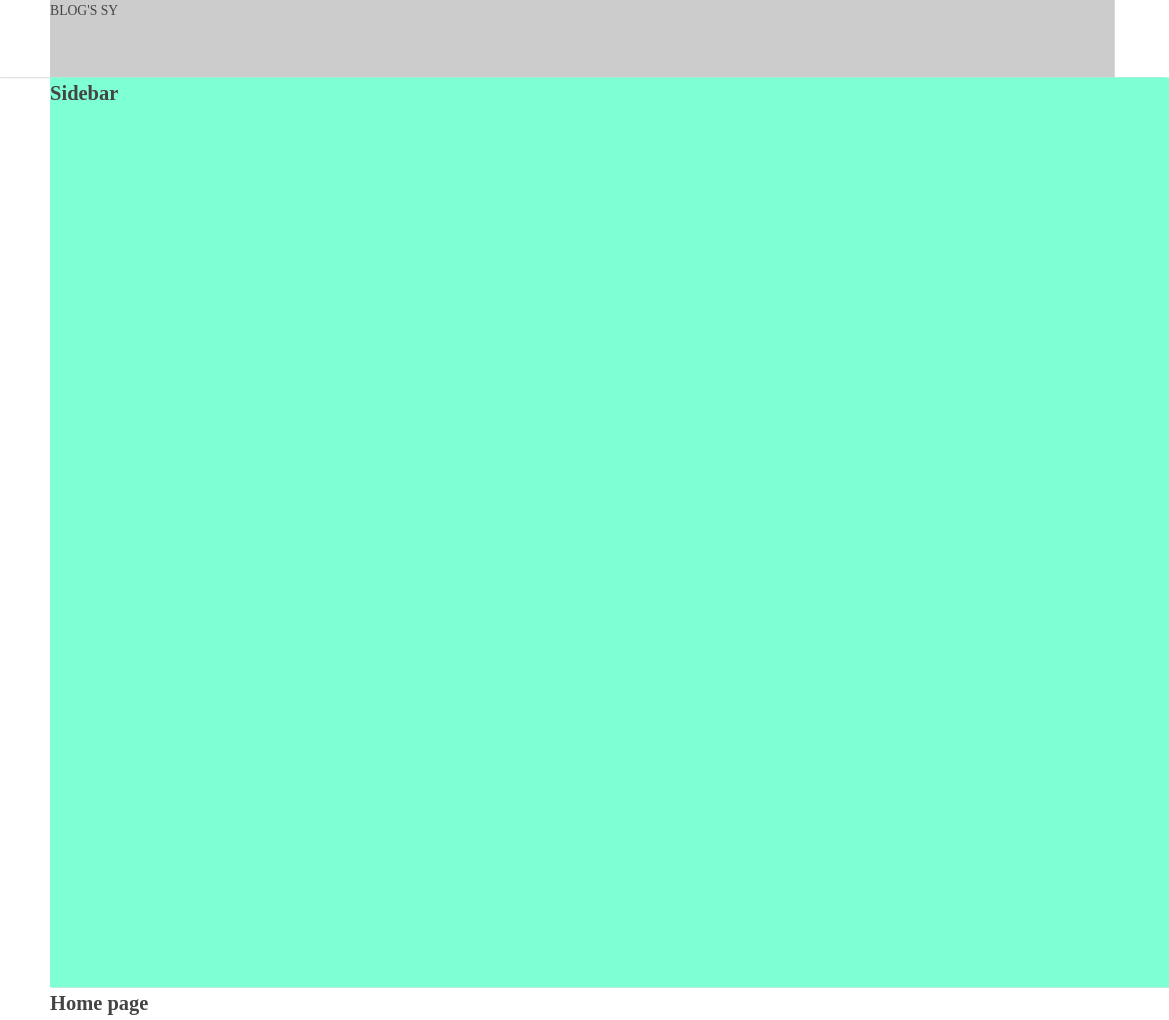
Repository: SyLe-Van/Make-Colorful
Page: /
An editor plug-in stored every save of this project. The page is shown before and after the next save, followed by the edit.
The browser window is 1280 px wide. The page is 1285 px wide, so the pictures cover 1285 px, including what lies to the right of the window. The pictures show the whole page, at 91% of full size.
Some web fonts or font styles are not loaded; a fallback is used. The project was rebuilt for these pictures with package versions that can differ from the ones it lists, and the page was loaded fresh each time. Also part of the build but not shown: src/pages/cinema/index.js, src/pages/fashion/index.js, src/pages/grooming/index.js, src/pages/lifestyle/index.js, src/pages/contact/index.js.

Above is the page before, as saved 2023-10-10 20:50:12.

After the next save:
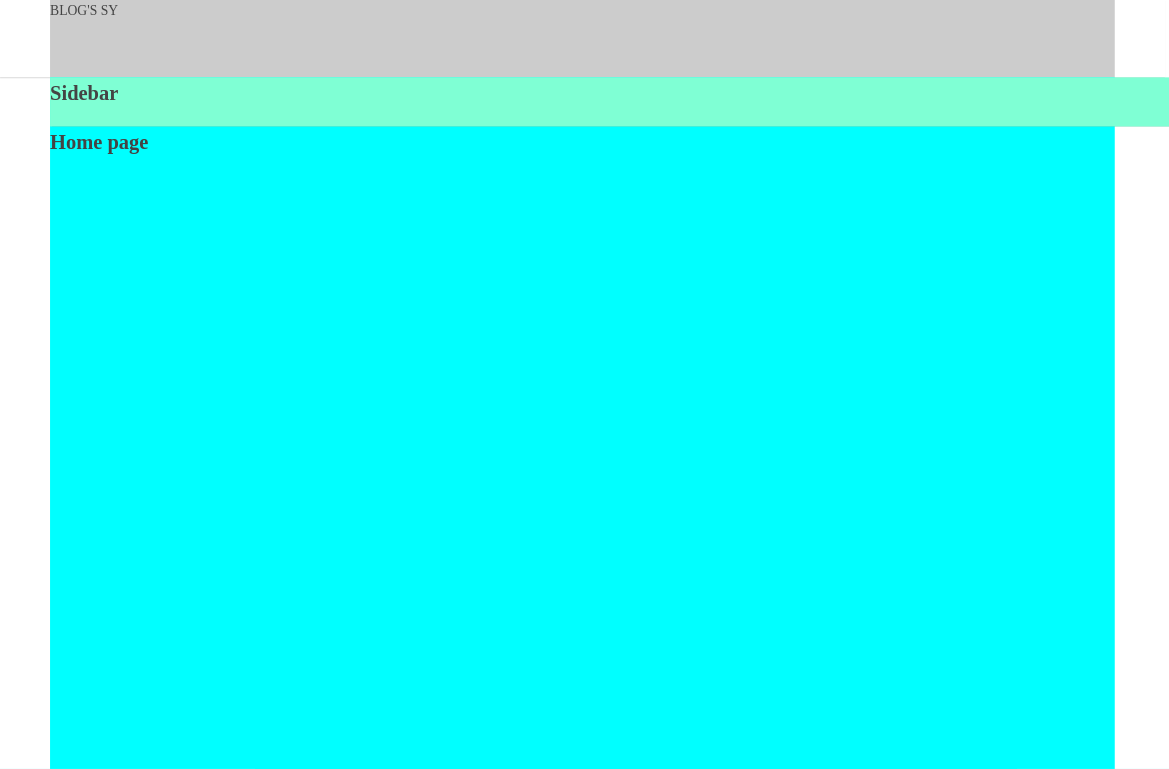
Saved 37 s later.
--- a/src/components/Layout/DefaultLayout/Sidebar/Sidebar.module.scss
+++ b/src/components/Layout/DefaultLayout/Sidebar/Sidebar.module.scss
@@ -1,6 +1,6 @@
 .wrapper {
     width: 1230px;
-    min-height: 1000px;
+    min-height: 54px;
     background-color: aquamarine;
     box-shadow: 0px 1px 1px rgb(0 0 0 / 12%);
 }
